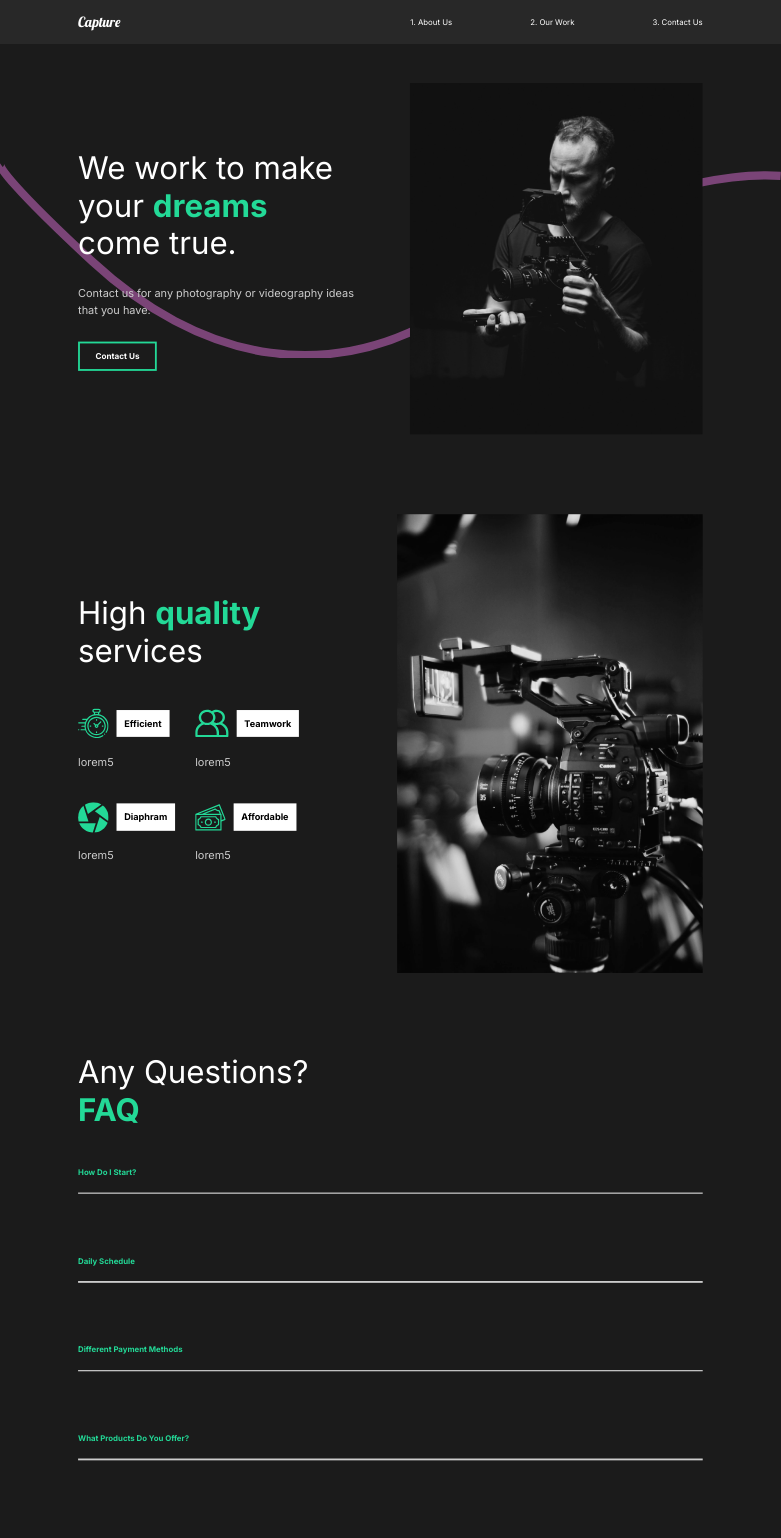
Repository: programmingwithlevi/capture
Page: /
The author's editor kept a copy of each file at every save. The page is drawn from the files as they stood at one save, then again after the next save.
The browser window is 1280 px wide. The pictures show the whole page, at 61% of full size.
The project was rebuilt for these pictures with package versions that can differ from the ones it lists, and the page was loaded fresh each time. Also part of the build but not shown: src/pages/ContactUs.js, src/pages/OurWork.js, src/movieState.js, src/pages/movieDetail.js.

Above is the page before, as saved 2021-12-15 13:49:29.

### public/index.html
<!DOCTYPE html>
<html lang="en">
  <head>
    <meta charset="utf-8" />
    <link rel="icon" href="%PUBLIC_URL%/favicon.ico" />
    <meta name="viewport" content="width=device-width, initial-scale=1" />
    <meta name="theme-color" content="#000000" />
    <meta
      name="description"
      content="Web site created using create-react-app"
    />
    <link rel="preconnect" href="https://fonts.googleapis.com">
<link rel="preconnect" href="https://fonts.gstatic.com" crossorigin>
<link href="https://fonts.googleapis.com/css2?family=Inter:wght@400;700&family=Lato:wght@400;700&display=swap" rel="stylesheet">
<link rel="preconnect" href="https://fonts.googleapis.com">
<link rel="preconnect" href="https://fonts.gstatic.com" crossorigin>
<link href="https://fonts.googleapis.com/css2?family=Inter:wght@400;700&family=Lato:wght@400;700&family=Lobster&display=swap" rel="stylesheet">
    <link rel="apple-touch-icon" href="%PUBLIC_URL%/logo192.png" />
    <!--
      manifest.json provides metadata used when your web app is installed on a
      user's mobile device or desktop. See https://developers.google.com/web/fundamentals/web-app-manifest/
    -->
    <link rel="manifest" href="%PUBLIC_URL%/manifest.json" />
    <!--
      Notice the use of %PUBLIC_URL% in the tags above.
      It will be replaced with the URL of the `public` folder during the build.
      Only files inside the `public` folder can be referenced from the HTML.

      Unlike "/favicon.ico" or "favicon.ico", "%PUBLIC_URL%/favicon.ico" will
      work correctly both with client-side routing and a non-root public URL.
      Learn how to configure a non-root public URL by running `npm run build`.
    -->
    <title>Capture</title>
  </head>
  <body>
    <noscript>You need to enable JavaScript to run this app.</noscript>
    <div id="root"></div>
    <!--
      This HTML file is a template.
      If you open it directly in the browser, you will see an empty page.

      You can add webfonts, meta tags, or analytics to this file.
      The build step will place the bundled scripts into the <body> tag.

      To begin the development, run `npm start` or `yarn start`.
      To create a production bundle, use `npm run build` or `yarn build`.
    -->
  </body>
</html>

### src/index.js
import React from 'react';
import ReactDOM from 'react-dom';

import App from './App';
import reportWebVitals from './reportWebVitals';
import {BrowserRouter} from 'react-router-dom';

ReactDOM.render(
  <React.StrictMode>
    <BrowserRouter>
    <App />
    </BrowserRouter>
  </React.StrictMode>,
  document.getElementById('root')
);

// If you want to start measuring performance in your app, pass a function
// to log results (for example: reportWebVitals(console.log))
// or send to an analytics endpoint. Learn more: https://bit.ly/CRA-vitals
reportWebVitals();

### src/App.js
import React from "react";
//import pages
import AboutUs from '../src/pages/AboutUs';
import GlobalStyle from "./components/GlobalStyle";
import ContactUs from "./pages/ContactUs";
import OurWork from "./pages/OurWork";
import Nav from "./components/Nav";
import MovieDetail from "./pages/MovieDetail";

//router
import {Route,Switch,useLocation} from "react-router-dom";
//animaitom
import {AnimatePresence} from "framer-motion";


function App() {
  const location = useLocation();
  return  (
    <div className="App">

        <GlobalStyle />

        <Nav />
        <AnimatePresence exitBeforeEnter>
        <Switch location={location} key={location.pathname}>
          <Route path="/"  exact>
            <AboutUs />
          </Route>
          <Route path="/work" exact>
            <OurWork />
          </Route>
          <Route path="/work/:id">
            <MovieDetail />
          </Route>
          <Route path="/contact">
            <ContactUs />
          </Route>


        </Switch>
        </AnimatePresence>
    </div>
  );
}

export default App;

### src/pages/AboutUs.js
import React from 'react';
//Page Components
import AboutSection from '../components/AboutSection';
import ServicesSection from '../components/ServicesSection';
import FaqSection from '../components/FaqSection';
//animaiton
import {motion} from "framer-motion";
import {pageAnimation} from '../animations';
import ScrollTop from "../components/ScrollTop";

const AboutUs = () => {
    return (
   <motion.div
        exit="exit"
        variants={pageAnimation}
        initial="hidden"
        animate="show"
    >
        <AboutSection />
        <ServicesSection />
        <FaqSection />
        <ScrollTop />
    </motion.div>
    );

}

export default AboutUs;

### src/components/GlobalStyle.js
import {createGlobalStyle} from 'styled-components';

const GlobalStyle = createGlobalStyle`
*{
   margin: 0;
   padding: 0;
   box-sizing: border-box
}
html{
    @media (max-width: 1700px){
        font-size: 80%;
    }
    @media (max-width: 1200px){
        opacity: 0;
    }
}
body{
    background: #1b1b1b;
    font-family: 'Inter', sans-serif;
    overflow-x: hidden;
}
button{
    font-weight: bold;
    font-size: 1.1.rem;
    padding: 1rem 2rem;
    border: 3px solid #23d997;
    background: transparent;
    color: white;
    transition: all 0.5s ease;
    font-family: 'Inter', sans-serif;
    &:hover{
        background-color:  #23d997;
        color: white;
    }

}
h2{
       font-weight: lighter;
       font-size: 4rem;
    }
    h3{
        color: white;
    }
    h4{
        font-weight: bold;
        color: #23d997;
    }
    a{
        font-size: 1.1.rem;
    }
    span{
        font-weight: bold;
        color: #23d997;
    }
    p{
        padding: 3rem 0rem;
        color: #ccc;
        font-size: 1.4rem;
        line-height: 150%;
    }
`;
export default GlobalStyle;

### src/components/Nav.js
import React from 'react';
import styled from 'styled-components';
import {Link} from 'react-router-dom';

const Nav = () => {
    return(
        <StyledNav>
            <h1><Link id="logo" to="/">Capture</Link></h1>
            <ul>
                <li>
                    <Link to="/">1. About Us</Link>
                </li>
                <li>
                    <Link to="/work">2. Our Work</Link>
                </li>
                <li>
                    <Link to="/contact">3. Contact Us</Link>
                </li>
            </ul>
        </StyledNav>
    )
}

const StyledNav = styled.nav`
    min-height: 10vh;
    display: flex;
    margin: auto;
    justify-content: space-between;
    align-items: center;
    padding: 1rem 10rem;
    background: #282828;
    position: sticky;
    top: 0;
    z-index: 10;
    a{
        color: white;
        text-decoration: none;
    }
    ul{
        display: flex;
        list-style: none;
    }
    #logo{
        font-size: 1.8rem;
        font-family: 'Lobster', cursive;
        font-weight: lighter;
    }
    li{
        padding-left: 10rem;
        position: relative;
    }
`;

export default Nav;

### src/components/AboutSection.js
import React from 'react';
import home1 from '../img/home1.png';
import {About,Description,Image,Hide } from '../styles';
//Framer Motion
import {motion} from "framer-motion";
import {titleAnim,fade,photoAnim} from '../animations';
import Wave from './Wave';

const AboutSection = () => {

    return (
        <About>
            <Description>
                <motion.div variants={titleAnim}>
                    <div className="hide">
                        <motion.h2>We work to make</motion.h2>
                    </div>
                    <Hide>
                        <motion.h2>your <span>dreams</span> </motion.h2>
                    </Hide>
                    <Hide>
                        <motion.h2 variants={titleAnim}>come true.</motion.h2>
                    </Hide>
                </motion.div>
                <motion.p variants={fade}>Contact us for any photography or videography ideas that you have. </motion.p>
                <motion.button>Contact Us</motion.button>
            </Description>
            <Image>
                <motion.img variants={photoAnim} src={home1} alt="camera guy"/>

            </Image>
            <Wave />
        </About>
    )
}
//styled components


export default AboutSection;

### src/components/ServicesSection.js
import React from 'react';
//Import Icons
import clock from '../img/clock.svg';
import diaphram from '../img/diaphram.svg';
import money from '../img/money.svg';
import teamwork from '../img/teamwork.svg';
import home2 from '../img/home2.png';
//styles
import {About,Description,Image} from "../styles";
import styled from "styled-components";
//Test

import {fade} from '../animations';
import {UseScroll} from './UseScroll';

const ServicesSection = () => {
    //const controls = useAnimation();
    const [element,controls] = UseScroll();
    return(
        <Services variants={fade} animate={controls} initial="hidden" ref={element}>
            <Description>
                <h2>High <span>quality</span> services</h2>
                <Cards>
                    <Card>
                        <div className="icon">
                            <img alt="icon" src={clock} />
                            <h3>Efficient</h3>
                        </div>
                        <p>lorem5 </p>
                    </Card>
                    <Card>
                        <div className="icon">
                            <img alt="icon" src={teamwork} />
                            <h3>Teamwork</h3>
                        </div>
                        <p>lorem5 </p>
                    </Card>
                    <Card>
                        <div className="icon">
                            <img alt="icon" src={diaphram} />
                            <h3>Diaphram</h3>
                        </div>
                        <p>lorem5 </p>
                    </Card>
                    <Card>
                        <div className="icon">
                            <img alt="icon" src={money} />
                            <h3>Affordable</h3>
                        </div>
                        <p>lorem5 </p>
                    </Card>
                </Cards>
            </Description>
        <div className="image">
            <img alt="camera" src={home2} />

        </div>
        </Services>
    )
}

const Services = styled(About)`
h2{
    padding-bottom: 5rem;
}
p{
    width: 70%;
    padding: 2rem 0rem 4rem 0rem;
}
`;
const Cards = styled.div`
display: flex;
flex-wrap: wrap;
`;
const Card = styled.div`
    flex-basis: 15rem;
    .icon {
        display: flex;
        align-items: center;
        h3 {
            margin-left: 1rem;
            background: white;
            color: black;
            padding: 1rem;
        }
    }
`;

export default ServicesSection;

### src/components/FaqSection.js
import React from 'react';
import styled from 'styled-components';
import {About} from '../styles';
import Toggle from './Toggle';
import {AnimateSharedLayout} from 'framer-motion';
import {UseScroll} from './UseScroll';
import {scrollReveal} from "../animations";

const FaqSection = () => {
    const [element,controls] = UseScroll();
    return(
        <Faq variants={scrollReveal} ref={element} animate={controls} initial="hidden" >
            <h2>Any Questions? <span>FAQ</span></h2>
            <AnimateSharedLayout>
            <Toggle title="How Do I Start?">

                <div className="answer">
                   <p>asdfefdvasdav esdvs asdf as df</p>
                    <p>a asdf evvt tgagr fadee ddfaef</p>
                </div>

            </Toggle>
            <Toggle title="Daily Schedule">

                <div className="answer">
                   <p>asdfefdvasdav esdvs asdf as df</p>
                    <p>a asdf evvt tgagr fadee ddfaef</p>
                </div>

            </Toggle>
            <Toggle title="Different Payment Methods">

                <div className="answer">
                   <p>asdfefdvasdav esdvs asdf as df</p>
                    <p>a asdf evvt tgagr fadee ddfaef</p>
                </div>

            </Toggle>
            <Toggle title="What Products Do You Offer?">

                <div className="answer">
                   <p>asdfefdvasdav esdvs asdf as df</p>
                    <p>a asdf evvt tgagr fadee ddfaef</p>
                </div>

            </Toggle>
            </AnimateSharedLayout>
        </Faq>
    )
}

const Faq = styled(About)`
    display: block;
    span{
        display: block;
    }
    h2{
        padding-bottom: 2rem;
        font-weight: lighter;
    }
    .faq-line{
        background: #cccccc;
        height: 0.2rem;
        margin: 2rem 0rem;
        width: 100%;
    }
    .question{
        padding: 3rem 0rem;
        cursor: pointer;
    }
    .answer{
        padding: 2rem 0rem;
        p{
            padding: 1rem 0 rem;
        }
    }
`;

export default FaqSection;

### src/animations.js
import { withTheme } from "styled-components";

export const pageAnimation ={
    hidden: {
        opacity: 0,
        y: 300,

    },
    show: {
        opacity: 1,
        y: 0,
        transition: {
            duration: 0.5,
            when: "beforeChildren",
            staggerChildren: 0.25,
        },
    },
    exit: {
        opacity: 0,
        //y: 300,
        transition: {
            duration: 0.5,
        },
    }
}
export const titleAnim = {
    hidden: {y: 200},
    show: {
        y:0,
        transition: {duration: 0.75, ease: "easeOut"},
    }
}
export const fade = {
    hidden: {opacity: 0},
    show: {
        opacity: 1,
        transition: {ease: "easeOut", duration: 0.75},
    }
}
export const photoAnim = {
    hidden: {scale: 1.5, opacity: 0},
    show: {
        scale: 1,
        opacity: 1,
        transition: 'easeOut',
        duration: 0.75,
    }
}
export const lineAnim = {
    hidden: {width: '0%'},
    show: {
        width: '100%',
        transition: {duration: 0.75},
    }
}

export const slider = {
    hidden: {x: '-130%', skew: '45deg'},
    show: {
        x: '100%',
        skew: '0deg',
        transition: {ease: "easeOut", duration: 1 },
    }
}

export const sliderContainer = {
    hidden: {opacity: 1},
    show: {opacity: 1, transition: { staggerChildren: 0.1, ease: 'easeOut'}},
}
export const scrollReveal = {
    hidden: {opacity: 0, scale: 1.2, transition:{duration: 0.5}},
    show: {
        opacity: 1,
        scale: 1,
        transition: {
            duration: 0.5,
        },
    },
};

### src/components/ScrollTop.js
import {useEffect} from 'react';
import {useLocation} from "react-router-dom";

const ScrollTop = () => {
    const {pathname} = useLocation();
    useEffect(() => {
        window.scroll({
            top: 0,
            left: 0,
        })
    },[pathname])
    return null;
};

export default ScrollTop;

### src/components/UseScroll.js
import {useInView} from 'react-intersection-observer';
import {useAnimation} from 'framer-motion';

export const UseScroll = () => {
    const controls = useAnimation();
    const [element,view] = useInView({ threshold: 0.5});
    if (view) {
        controls.start("show");
    }else{
        controls.start("hidden");
    }
    return [element, controls];
}
export default UseScroll;

### src/styles.js
import styled from "styled-components";
import {motion} from 'framer-motion';

export const About = styled(motion.div)`
    min-height: 90vh;
    display: flex;
    align-items: center;
    justify-content: space-between;
    padding: 5rem 10rem;
    color: white;
   //position: center;
    top: 10%;

`;
export const Description = styled.div`
    flex: 1;
    padding-right: 5rem;
    z-index: 2;
    h2{
        font-weight: lighter;
    }
`

export const Image = styled.div`
    flex: 1;
    z-index: 2;
    overflow: hidden;
    img{
        width: 100%;
        height: 80vh;
        object-fit: cover;
    }

`
export const Hide = styled.div`
    overflow: hidden;
    `

### src/components/Wave.js
import React from "react";
import styled from "styled-components";
import {motion} from "framer-motion";

const Wave = () => {
    return(
    <WaveSvg viewBox="0 0 1440 363" fill="none" xmlns="http://www.w3.org/2000/svg">
<motion.path initial={{ pathLength: 0, pathOffset: 1 }}
animate={{ pathLength: 1, pathOffset: 0 }}
transition={{ duration: 1 }}
d="M1440 27.4774C1352.73 19.8184 1122.41 49.0556 899.331 227.276C620.48 450.052 354.282 355.647 170.328 185.318C23.165 49.0556 -4.21721 8.32998 0.487081 5" stroke="#D96ED4" strokeOpacity="0.5" strokeWidth="15"/>
</WaveSvg>);


};

const WaveSvg = styled.svg`
    position: absolute;
    left: 0;
    z-index: 1;
`;
export default Wave;

### src/components/Toggle.js
import { motion } from 'framer-motion';
import React,{useState} from 'react';

const Toggle = ({children,title}) => {
    const [toggle,setToggle] = useState(false);
    return(
        <motion.div layout className="question" onClick={() => setToggle(!toggle)}>
            <motion.h4 layout>{title}</motion.h4>
            {toggle?children:""}
            <div className="faq-line"></div>
        </motion.div>
    )
}
export default Toggle;

Loaded but not shown: src/reportWebVitals.js (common file)

After the next save:
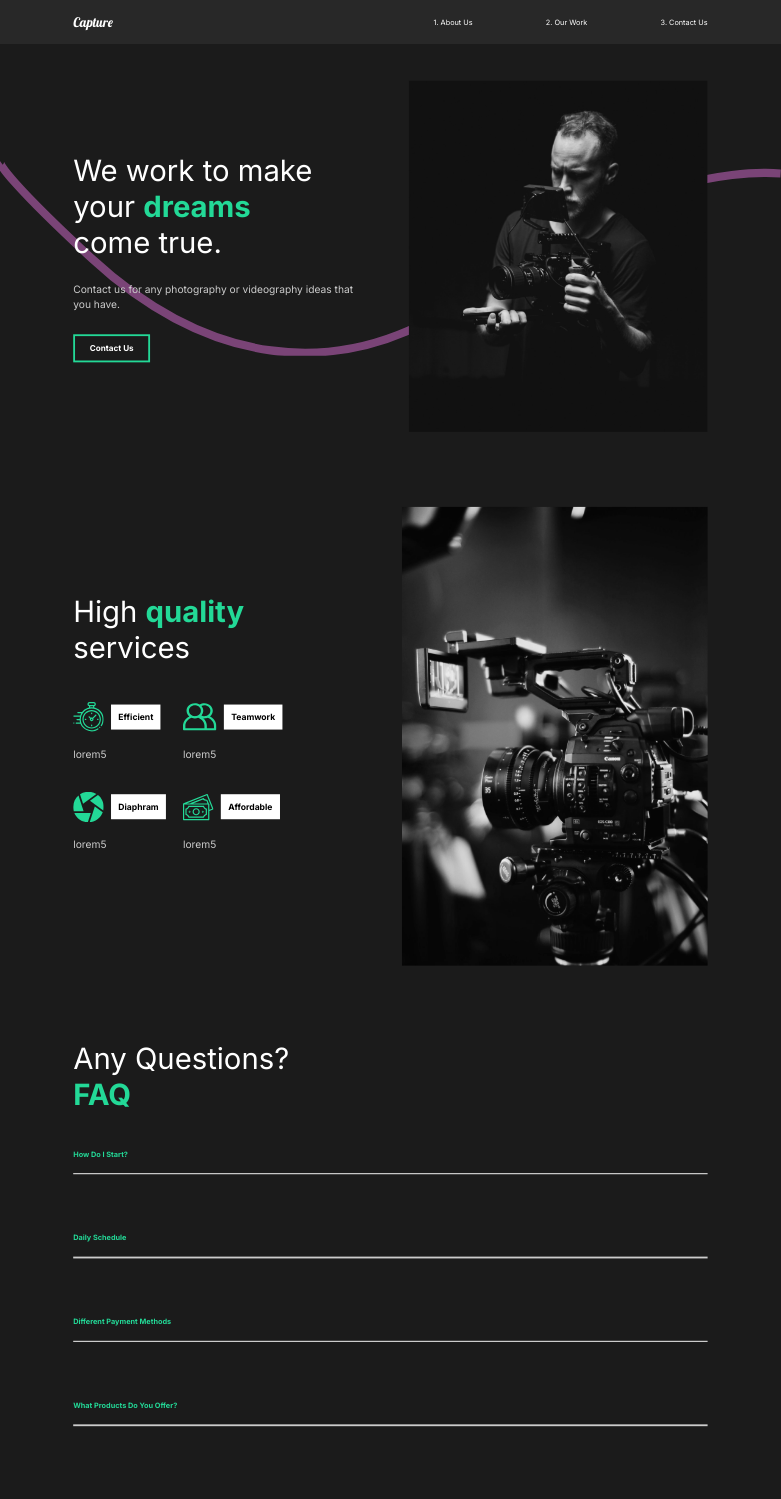
Saved 26 s later.
--- a/src/components/GlobalStyle.js
+++ b/src/components/GlobalStyle.js
@@ -8,7 +8,7 @@ const GlobalStyle = createGlobalStyle`
 }
 html{
     @media (max-width: 1700px){
-        font-size: 80%;
+        font-size: 75%;
     }
     @media (max-width: 1200px){
         opacity: 0;
